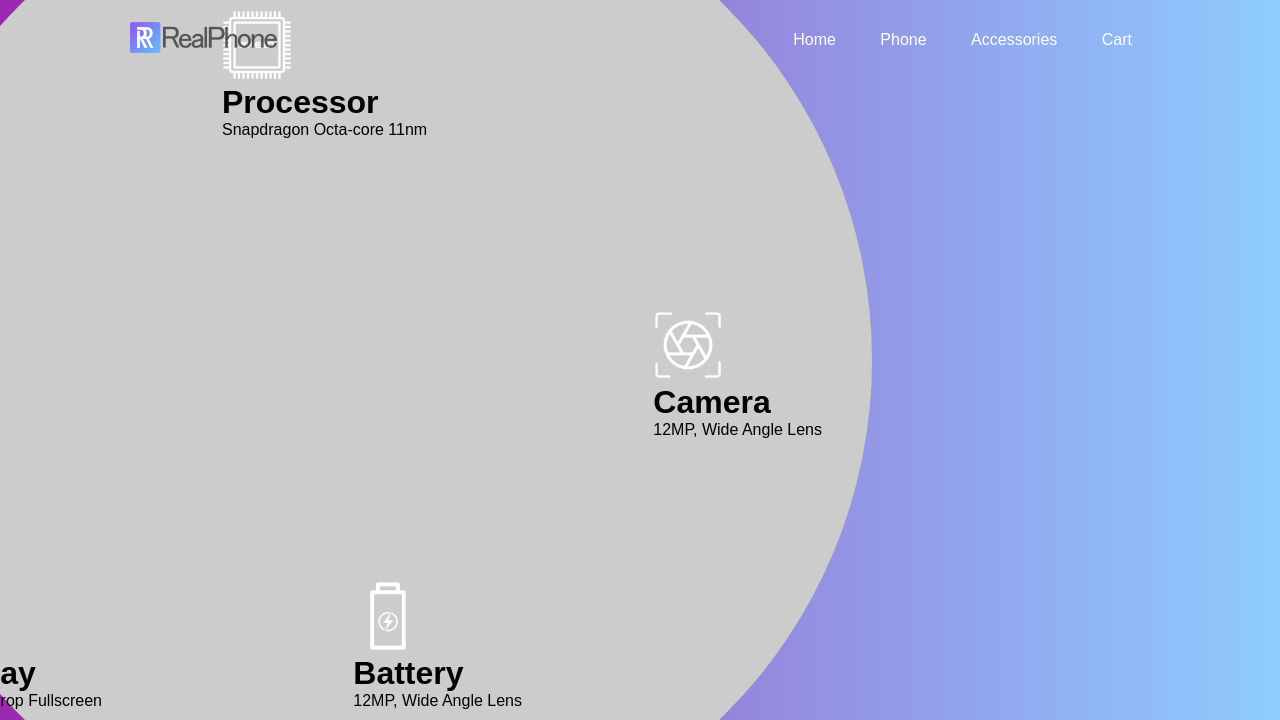
Repository: luckyantony/RealPhone
Page: index.html
An editor plug-in stored every save of this project. The page is shown before and after the next save, followed by the edit.
The browser window is 1280 px wide. The pictures show the whole page.

Above is the page before, as saved 2023-04-19 22:32:24.

### index.html
<!DOCTYPE html>
<html lang="en">
<head>
    <meta charset="UTF-8">
    <meta http-equiv="X-UA-Compatible" content="IE=edge">
    <meta name="viewport" content="width=device-width, initial-scale=1.0">
    <title>Website Design Using HTML and CSS</title>
    <link rel="stylesheet" href="style.css">
</head>
<body>
    <div class="main">
        <nav>
           <div class="logo">
            <img src="images/logo.png">
           </div>
           <div class="nav-links">
            <ul>
                <li><a href="#">Home</a></li>
                <li><a href="#">Phone</a></li>
                <li><a href="#">Accessories</a></li>
                <li><a href="#">Cart</a></li>
            </ul>
           </div>
        </nav>

        <div class="information">
            <div id="circle">
                <div class="feature one">
                    <img src="images/camera.png">
                    <div>
                        <h1>Camera</h1>
                        <p>12MP, Wide Angle Lens</p>
                    </div>
                </div>
                <div class="feature two">
                    <img src="images/processor.png">
                    <div>
                        <h1>Processor</h1>
                        <p>Snapdragon Octa-core 11nm</p>
                    </div>
                </div>
                <div class="feature three">
                    <img src="images/display.png">
                    <div>
                        <h1>Display</h1>
                        <p>6.5" Mini-Drop Fullscreen</p>
                    </div>
                </div>
                <div class="feature four">
                    <img src="images/battery.png">
                    <div>
                        <h1>Battery</h1>
                        <p>12MP, Wide Angle Lens</p>
                    </div>
                </div>

            </div>
        </div>
    </div>
</body>
</html>

### style.css
*{
    margin: 0;
    padding: 0;
    font-family: sans-serif;
    box-sizing: border-box;
}

.main{
    width: 100%;
    height: 100vh;
    position: relative;
    overflow: hidden;
    background: linear-gradient(to right, #9c27b0, #8ecdff);
}

nav{
    width: 80%;
    position: sticky;
    margin: 20px auto;
    z-index: 1;
    display: flex;
    align-items: center;
}

.logo{
    flex-basis: 20%;
}

.logo img{
    width: 150px;
}

.nav-links{
    flex: 1;
    text-align: right;
}

.nav-links ul li{
    list-style: none;
    display: inline-block;
    margin: 0 20px;
}

.nav-links ul li a{
    color: #fff;
    text-decoration: none;
}

.information{
    width: 1000px;
    height: 1000px;
    position: absolute;
    top: 50%;
    left: -10%;
    transform: translateY(-50%);
}

#circle{
    width: 1000px;
    height: 1000px;
    position: absolute;
    top: 0%;
    left: 0%;
    border-radius: 50%;
    background: #ccc;
}

.feature img{
    width: 70px;
}

.feature{
    position: absolute;
}

.one{
    top: 450px;
    right: 50px;
}

.two{
    top: 150px;
    left: 350px;
}

.three{
    bottom: 150px;
    left: 50px;
}
.four{
    bottom: 150px;
    right: 350px;
}

After the next save:
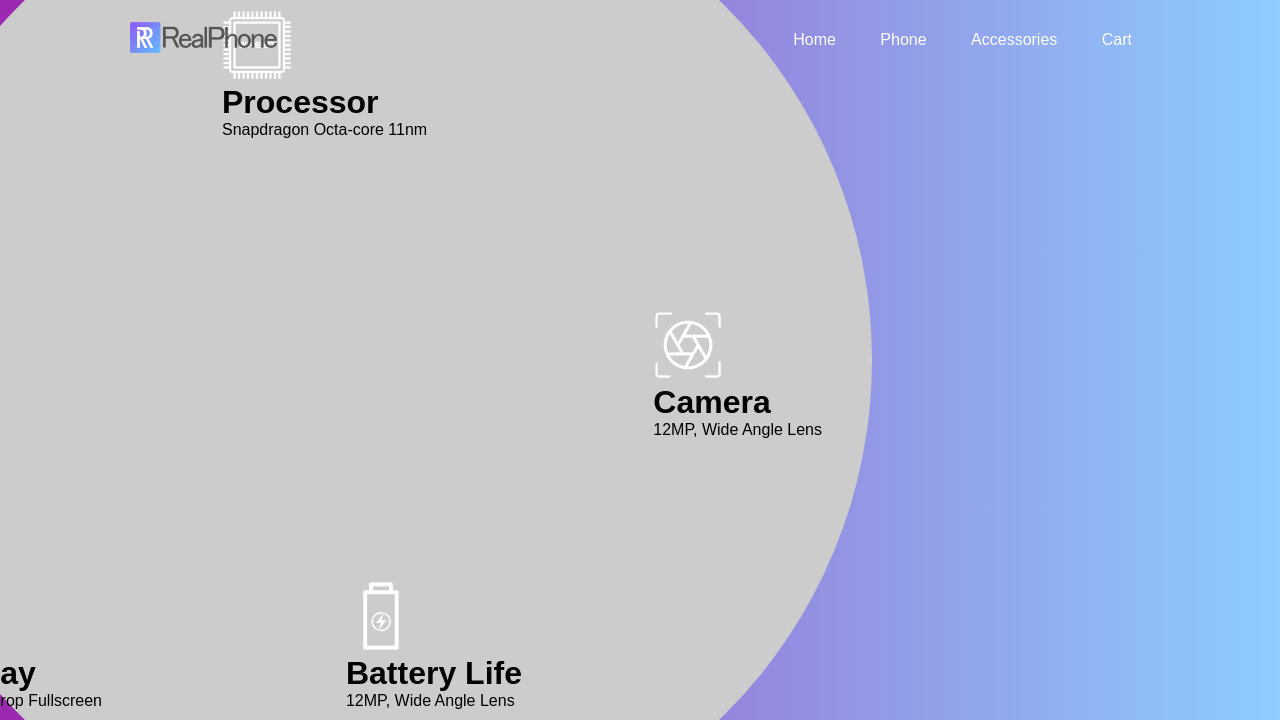
Saved 4 s later.
--- a/index.html
+++ b/index.html
@@ -49,7 +49,7 @@
                 <div class="feature four">
                     <img src="images/battery.png">
                     <div>
-                        <h1>Battery</h1>
+                        <h1>Battery Life</h1>
                         <p>12MP, Wide Angle Lens</p>
                     </div>
                 </div>
